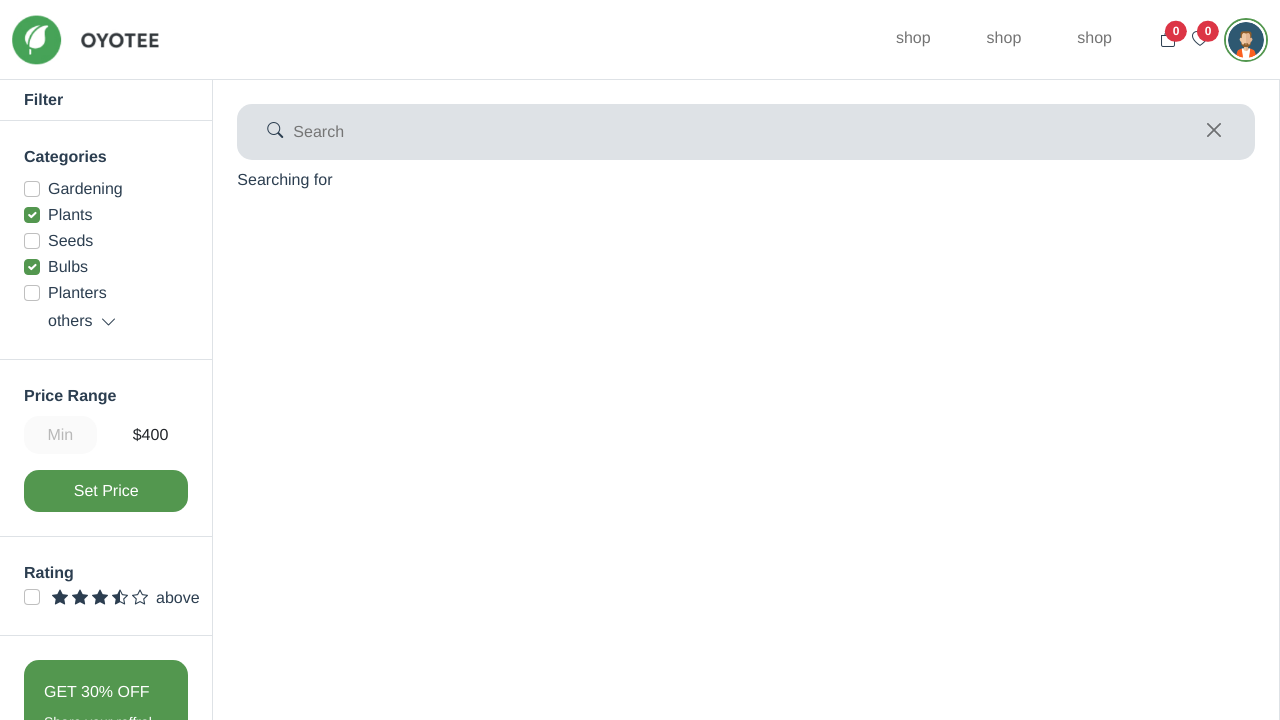
Repository: arpitaWebD/PlantShopping
Page: /
An editor plug-in stored every save of this project. The page is shown before and after the next save, followed by the edit.
The browser window is 1280 px wide. The pictures show the whole page.
Pictures or frames that could not be fetched are drawn as grey boxes. An inner scrolling area shows only its first screen. Some web libraries are served in a nearby version. The project was rebuilt for these pictures with package versions that can differ from the ones it lists, and the page was loaded fresh each time. Also part of the build but not shown: src/components/ProductPreview.vue, src/views/AddToCart.vue, src/views/WishList.vue, src/components/Login.vue.

Above is the page before, as saved 2022-01-24 15:16:29.

After the next save:
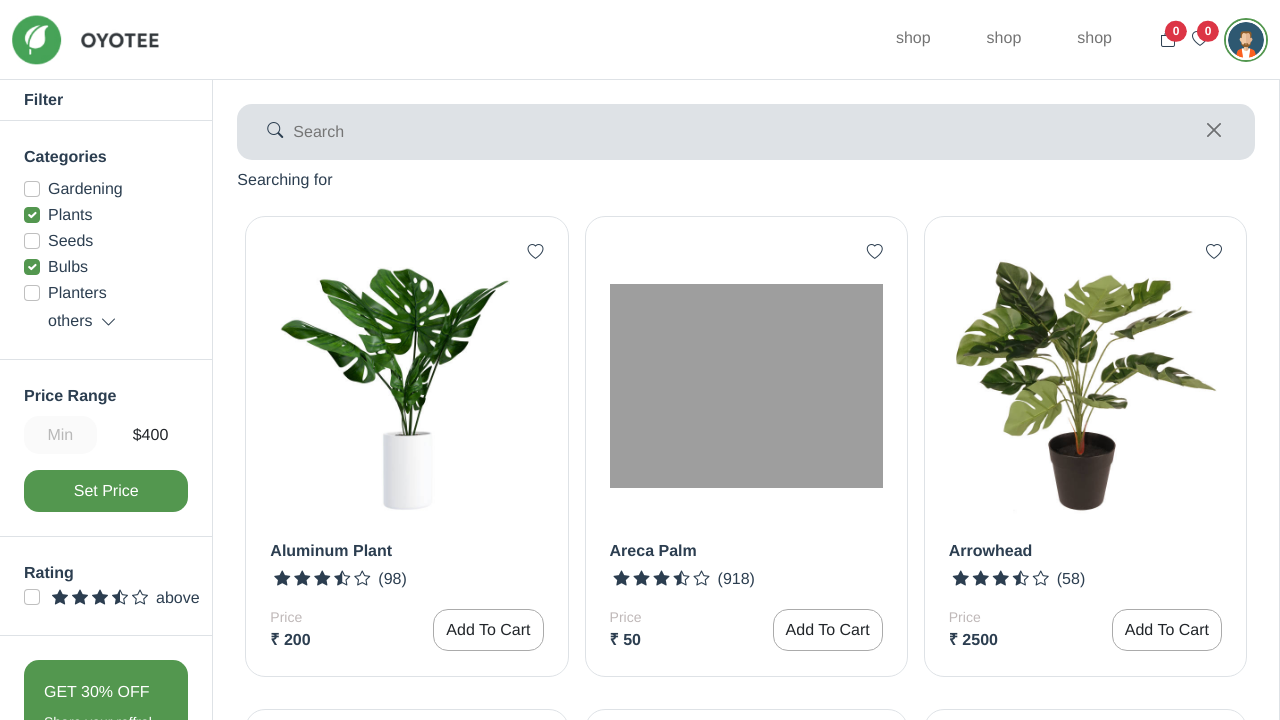
Saved 8 s later.
--- a/src/views/ProductView.vue
+++ b/src/views/ProductView.vue
@@ -52,7 +52,14 @@ export default {
   computed: {
     ...mapState(["products", "showPreview", "productPreviews"]),
     ...mapGetters(["getProduct"]),
-    ...mapMutations(["filterProduct"]),
+
+    filterProduct() {
+      return this.products.filter((product) => {
+        var productName = product.name.toLowerCase();
+        var searchName = this.search.toLowerCase();
+        return productName.includes(searchName);
+      });
+    },
   },
   methods: {
     ...mapMutations(["productPreview"]),
